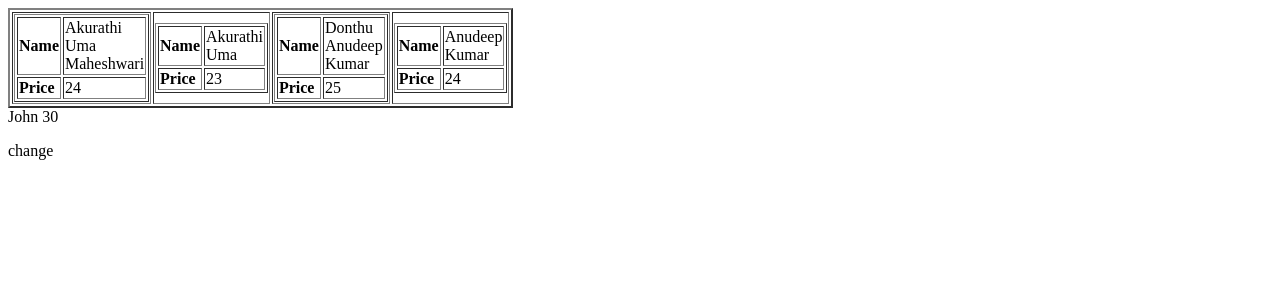
Repository: AnudeepKumarDonthu/ws
Page: work/src/main/webapp/WEB-INF/html/JsonArrayPractice.html
These files come from the project's save history. The page is drawn as it stood at one moment and after the next save; the edit follows.
The browser window is 1280 px wide. The pictures show the whole page.

Above is the page before, as saved 2017-01-03 07:28:22.

After the next save:
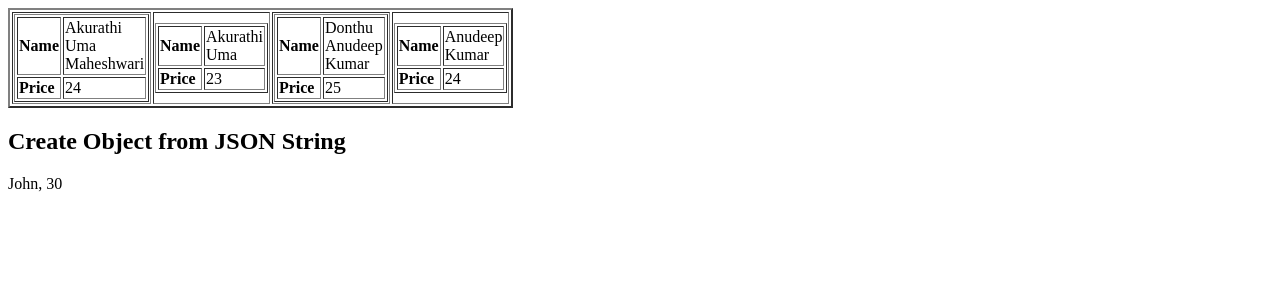
Saved 40 s later.
--- a/work/src/main/webapp/WEB-INF/html/JsonArrayPractice.html
+++ b/work/src/main/webapp/WEB-INF/html/JsonArrayPractice.html
@@ -50,11 +50,12 @@
 		document.writeln("</tr></table>");
 	</script>
 </body>
-<script type="text/javascript">
+<h2>Create Object from JSON String</h2>
+
+<p id="demo"></p>
+
+<script>
 	var obj = JSON.parse('{ "name":"John", "age":30, "city":"New York"}');
-	document.writeln(obj.name);
-	document.writeln(obj.age);
+	document.getElementById("demo").innerHTML = obj.name + ", " + obj.age;
 </script>
-
-<p id="pid">change</p>
 </html>
